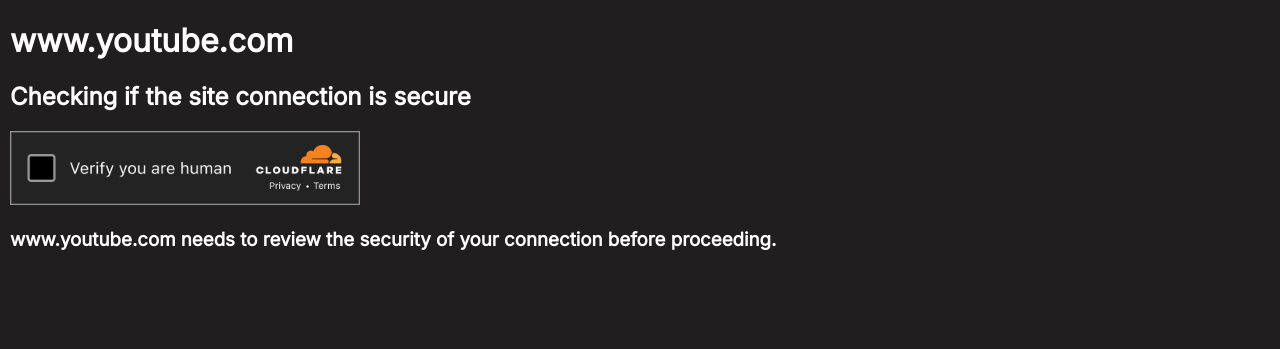
Repository: estech321/CAPTCHA-RickRoll
Page: index.html
An editor plug-in stored every save of this project. The page is shown before and after the next save, followed by the edit.
The browser window is 1280 px wide. The pictures show the whole page.

Above is the page before, as saved 2023-12-29 23:38:30.

After the next save:
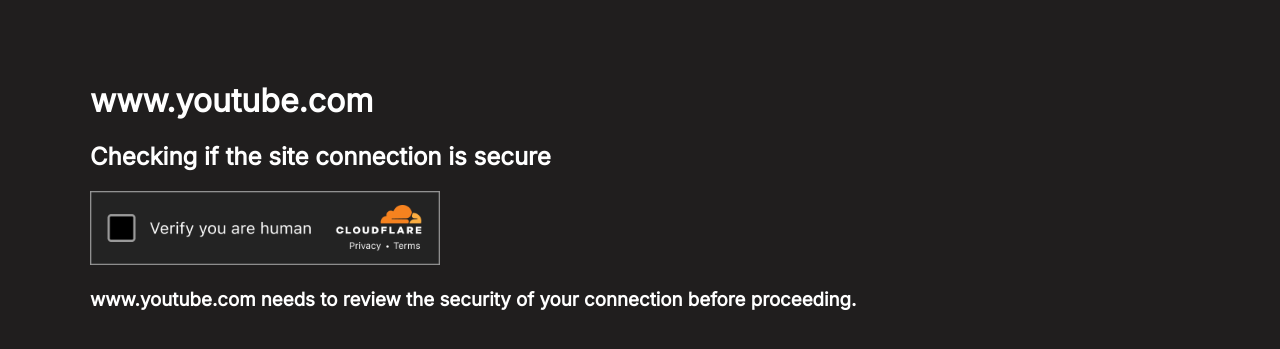
Saved 48 s later.
--- a/index.html
+++ b/index.html
@@ -12,6 +12,10 @@
             color: rgb(255, 255, 255);
             background-color: #201E1E;
             margin: 10px;
+            padding-top: 50px;
+  padding-right: 30px;
+  padding-bottom: 50px;
+  padding-left: 80px;
         }
     </style>
 </head>
